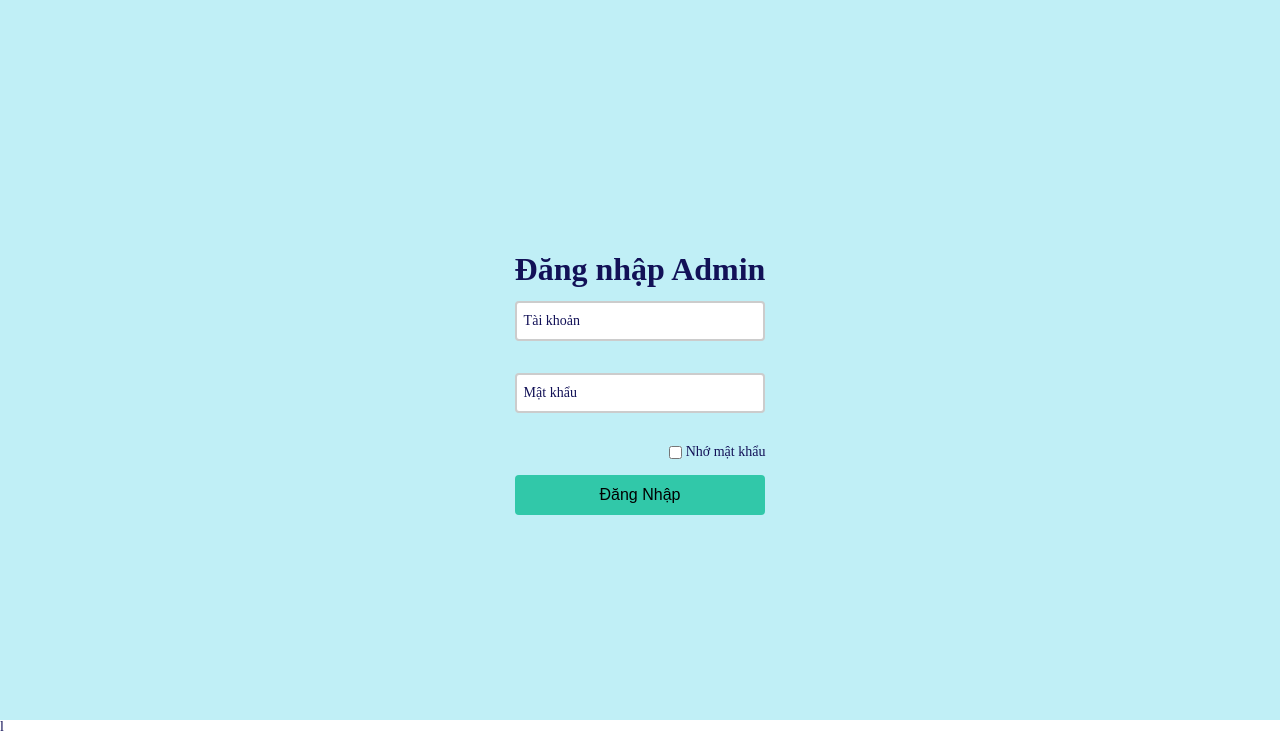
Repository: thanhtong531/shopshy
Page: http://localhost/admin
An editor plug-in stored every save of this project. The page is shown before and after the next save, followed by the edit.
The browser window is 1280 px wide. The pictures show the whole page.
The page is served by the project's Laravel application, run on PHP 8.4 with Laravel 8.

Above is the page before, as saved 2021-10-14 11:57:53.

After the next save:
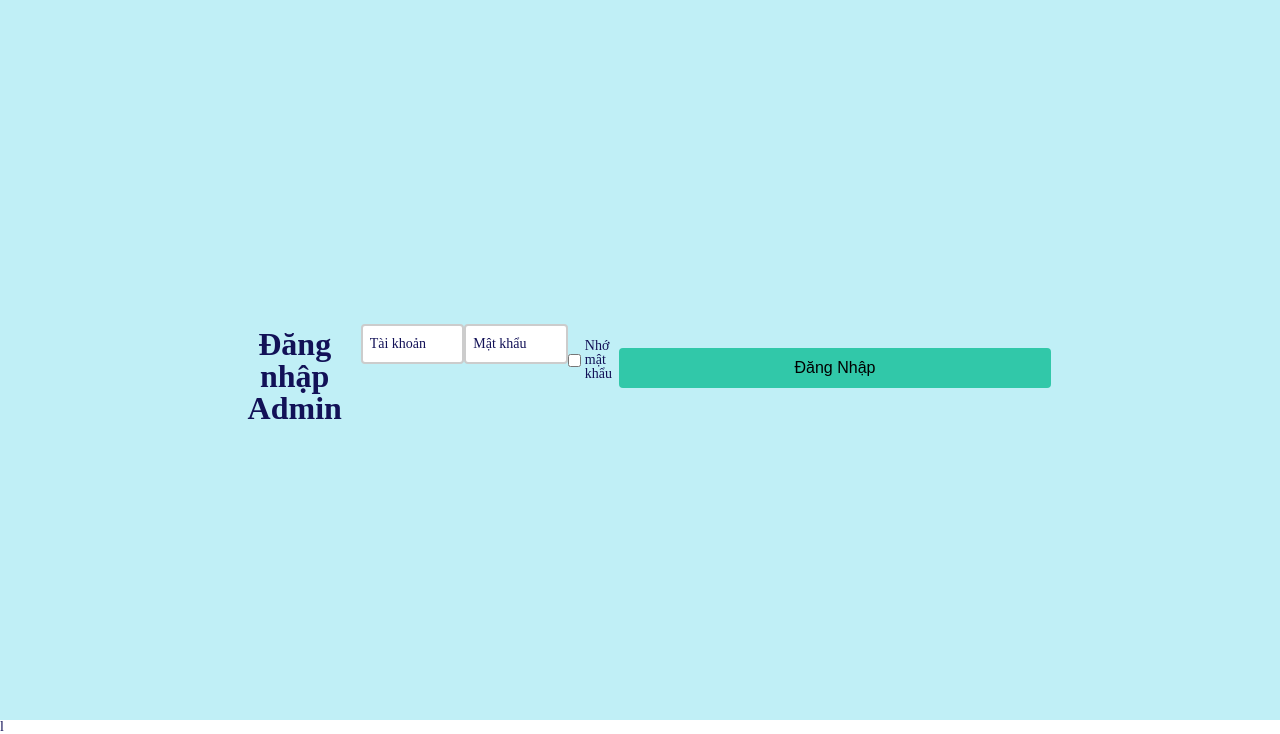
Saved 36 s later.
--- a/resources/views/admin_login.blade.php
+++ b/resources/views/admin_login.blade.php
@@ -12,16 +12,16 @@
 <body>
     <div class="logins">
 
-        <div class="login-admin">
-            <?php
-            $messages = Session::get('message');
-            if($messages){
-               echo '<span class="error-message"> '.$messages.'</span>';
-                Session::get('messages',null);
-            }
-        ?>
+
             <form action="{{URL::to('/admin-dashboard')}}" method="post">
-
+                <div class="login-admin">
+                    <?php
+                    $messages = Session::get('message');
+                    if($messages){
+                       echo '<span class="error-message"> '.$messages.'</span>';
+                        Session::get('messages',null);
+                    }
+                ?>
                 {{csrf_field()}}
                 <div class="modal-close">
                     <ion-icon name="close"></ion-icon>

After the save that followed:
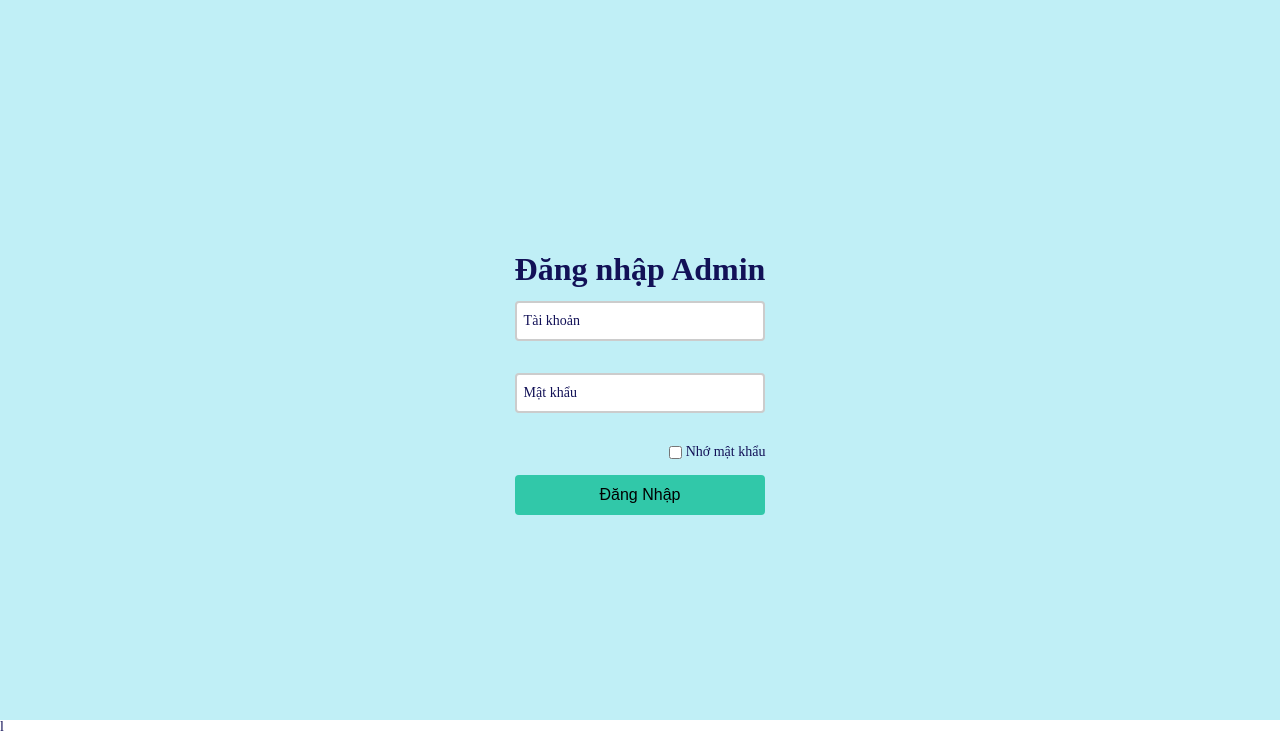
Saved 16 s later.
--- a/resources/views/admin_login.blade.php
+++ b/resources/views/admin_login.blade.php
@@ -12,16 +12,16 @@
 <body>
     <div class="logins">
 
+        <div class="login-admin">
+            <?php
+            $messages = Session::get('message');
+            if($messages){
+               echo '<span class="error-message"> '.$messages.'</span>';
+                Session::get('messages',null);
+            }
+        ?>
+            <form action="{{URL::to('/admin-dashboard')}}" method="post">
 
-            <form action="{{URL::to('/admin-dashboard')}}" method="post">
-                <div class="login-admin">
-                    <?php
-                    $messages = Session::get('message');
-                    if($messages){
-                       echo '<span class="error-message"> '.$messages.'</span>';
-                        Session::get('messages',null);
-                    }
-                ?>
                 {{csrf_field()}}
                 <div class="modal-close">
                     <ion-icon name="close"></ion-icon>
